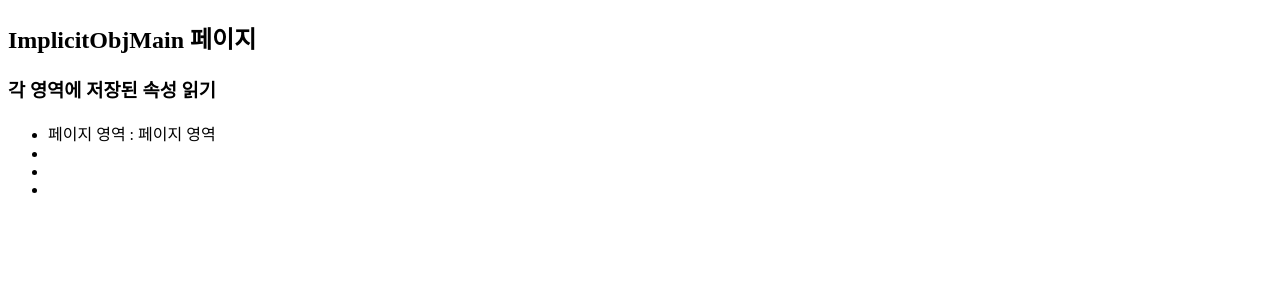
Repository: dogksi/JSP
Page: http://localhost/TestJSP/EL/ImplicitObjMain.jsp
These files come from the project's save history. The page is drawn as it stood at one moment and after the next save; the edit follows.
The browser window is 1280 px wide. The pictures show the whole page.
The page is served by Tomcat 10. Nobody is signed in. The application's start-up code is not run.

Above is the page before, as saved 2023-09-15 06:40:22.

After the next save:
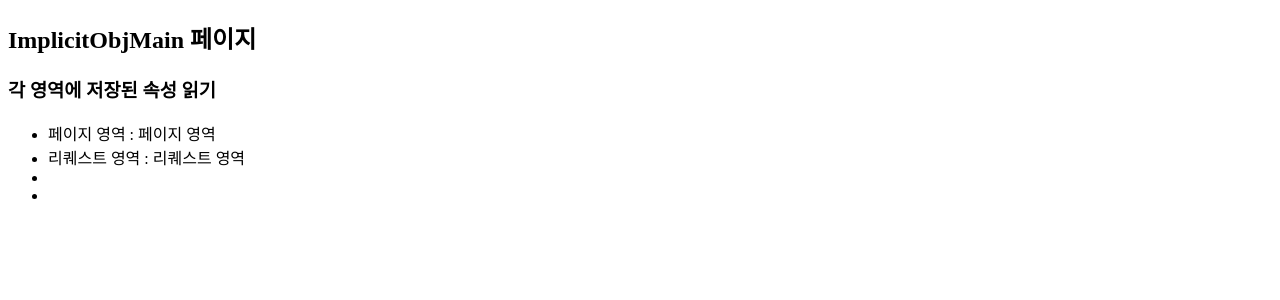
Saved 108 s later.
--- a/TestJSP/src/main/webapp/EL/ImplicitObjMain.jsp
+++ b/TestJSP/src/main/webapp/EL/ImplicitObjMain.jsp
@@ -17,7 +17,7 @@
 	<h3>각 영역에 저장된 속성 읽기</h3>
 	<ul>
 		<li>페이지 영역 : ${ pageScope.scopeValue }</li>
-		<li></li>
+		<li>리퀘스트 영역 : ${requestScope.scopeValue }</li>
 		<li></li>
 		<li></li>
 	</ul>
